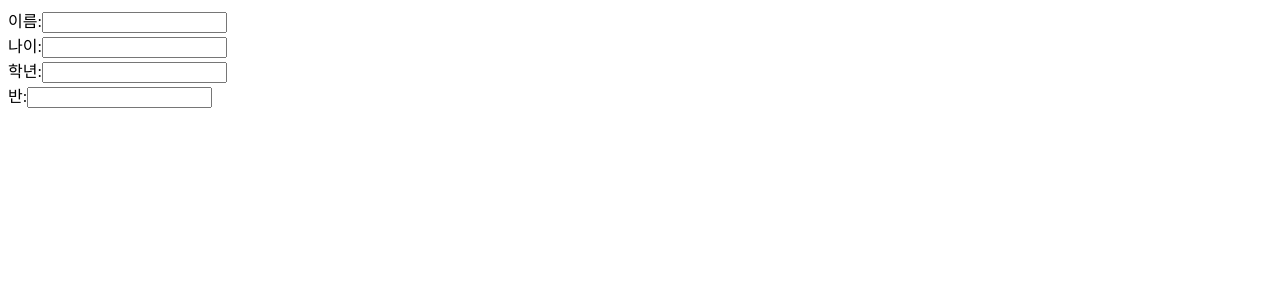
Repository: binkalos/SPRING-STUDY
Page: http://localhost/Spring06_13/index
The author's editor kept a copy of each file at every save. The page is drawn from the files as they stood at one save, then again after the next save.
The browser window is 1280 px wide. The pictures show the whole page.
The page is served by Tomcat 9. Other server files are loaded and not shown.

Above is the page before, as saved 2019-06-18 10:26:53.

### Spring06_13/src/main/webapp/WEB-INF/views/index.jsp
<%@ page language="java" contentType="text/html; charset=EUC-KR"
    pageEncoding="EUC-KR"%>
<!DOCTYPE html>
<html>
<head>
<meta charset="EUC-KR">
<title>Insert title here</title>
</head>
<body>
	<form action="" method="post">
		이름:<input type="text" name="name"><br>
		나이:<input type="text" name="age"><br>
		학년:<input type="text" name="gradeNum"><br>
		반:<input type="text" name="classNum"><br>
	</form>
</body>
</html>

After the next save:
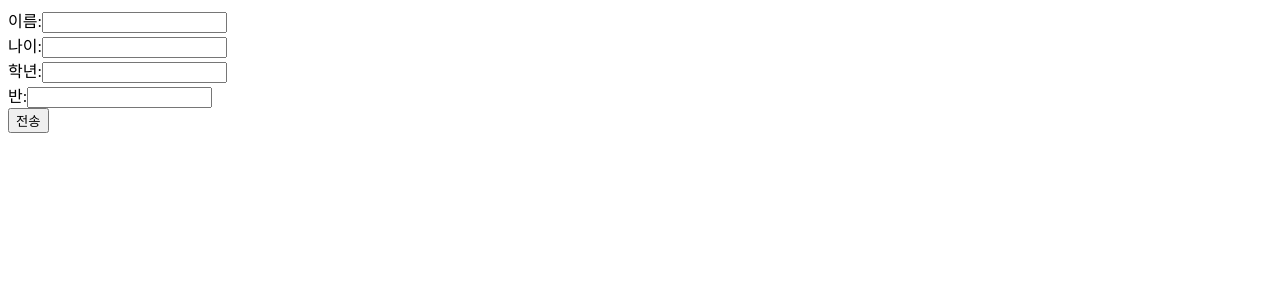
Saved 104 s later.
--- a/Spring06_13/src/main/webapp/WEB-INF/views/index.jsp
+++ b/Spring06_13/src/main/webapp/WEB-INF/views/index.jsp
@@ -13,5 +13,6 @@
 		학년:<input type="text" name="gradeNum"><br>
 		반:<input type="text" name="classNum"><br>
 	</form>
+	<input type="submit" value="전송">
 </body>
 </html>
